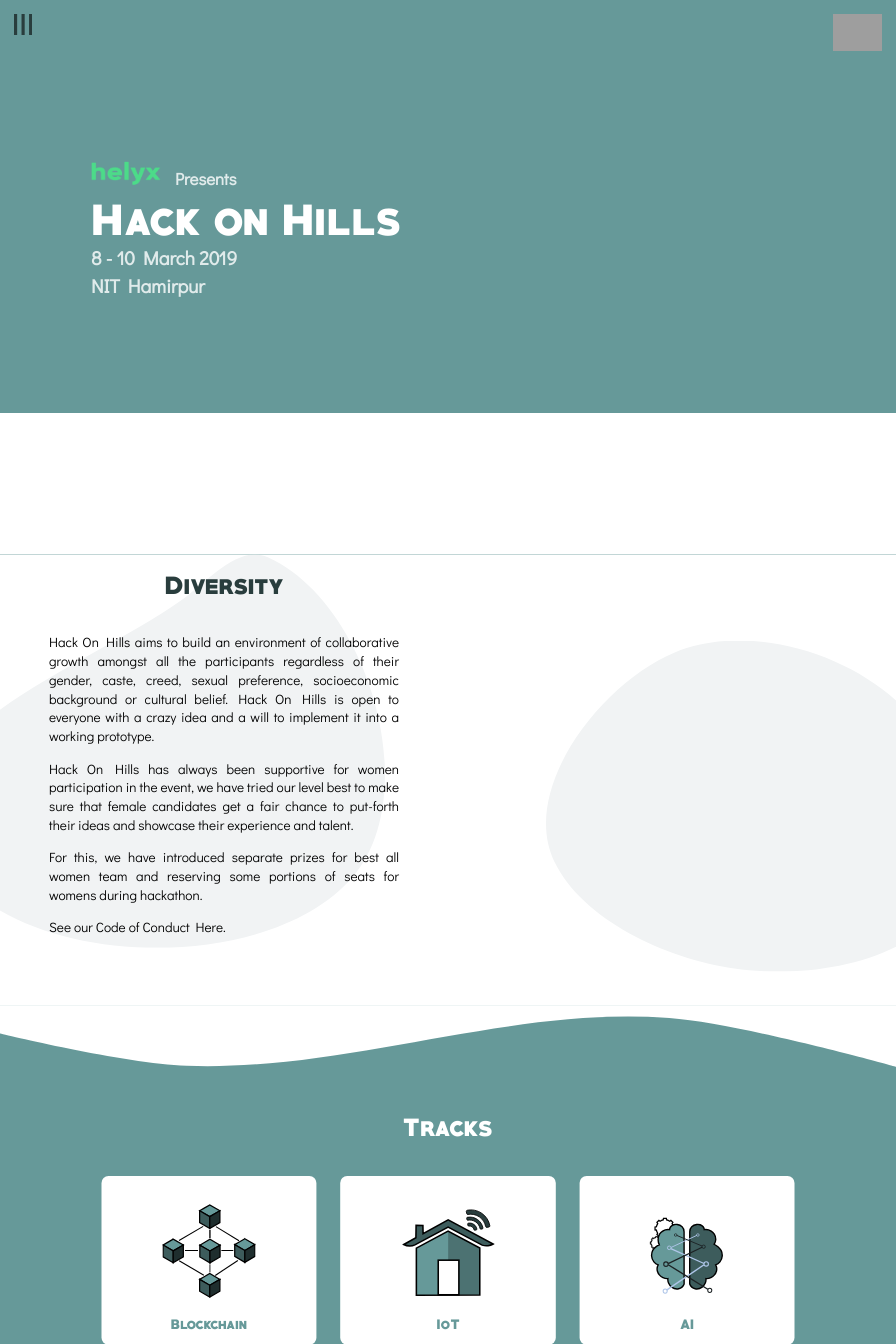
Repository: yashg4509/helyxhacksIII
Page: index.html
These files come from the project's save history. The page is drawn as it stood at one moment and after the next save; the edit follows.
The browser window is 1280 px wide. The pictures show the part of the page from y = 0 to 1920 px (the page is 8956 px tall before and 9694 px after), at 70% of full size.
Pictures or frames that could not be fetched are drawn as grey boxes. A picture or video elsewhere on the page could not be fetched, so the positions and the page height are approximate.

Above is the page before, as saved 2021-02-17 22:12:11.

### index.html
<!DOCTYPE html>
<html>
<head>
	<title> Helyx Hacks III</title>
	<meta http-equiv="Content-Type" content="text/html; charset=UTF-8">
	<meta name="viewport" content ="width=device-width, initial-scale=1.0, user-scalable=no">
	<meta name="description" content="Helyx Hacks III - Third edition of annual hackathon organized by The Helyx Initiative">
	<meta name="author" content="Yash Gupta <yash@helyxscience.org>">
	<link rel="shortcut icon" href="./images/new_logo.png" type="image/x-icon" />
	<link rel="stylesheet" type="text/css" href="./css/main.css">
	<link rel="stylesheet" type="text/css" href="./css/responsive.css">
	<link href="https://fonts.googleapis.com/css?family=Didact+Gothic" rel="stylesheet">
	<script src="https://code.jquery.com/jquery-3.3.1.js" integrity="sha256-2Kok7MbOyxpgUVvAk/HJ2jigOSYS2auK4Pfzbm7uH60=" crossorigin="anonymous"></script>
	<!-- <script>
		document.addEventListener('DOMContentLoaded', function () {
			let devfolioOptions = {
					buttonSelector: '#devfolio-apply-now',
					key: 'hackonhills',
			}

			let script = document.createElement('script');
			script.src = "https://apply.devfolio.co";
			document.head.append(script);

			script.onload = function () {
					new Devfolio(devfolioOptions);
					let e1 = document.createElement('div');
					e1.className = "button-back";
					document.getElementById("devfolio-apply-now").appendChild(e1);
			}

			script.onerror = function () {
					document.querySelector(devfolioOptions.buttonSelector).addEventListener('click', function () {
						window.location.href = 'https://devfolio.co/external-apply/' + devfolioOptions.key;
					});
			}
		});
	</script> -->
</head>
<body>
	<div class="header">
		<div class="blurred"></div>
		<ul class="nav">
			<li class="head">
				<span class="closeHeader">
					<img src="./images/cross.svg">
				</span>
			</li>
			<li class="navItem active"> Home </li>
			<li class="navItem"> Diversity </li>
			<!-- <li class="navItem"> Gallery </li> -->
			<li class="navItem"> Tracks </li>
			<li class="navItem"> Schedule </li>
			<li class="navItem"> Sponsors </li>
			<li class="navItem"> Prizes </li>
			<li class="navItem"> FAQs </li>
		</ul>
	</div>
	<div class="fullOverlay"></div>
	<div class="content">
		<div class="hamburger">
			<img src="./images/menu.svg">
		</div>
		<div class="appteam-logo">
			<!--<img src="./images/logo.svg" title="App Team NITH">-->
		</div>
		<div class="frame frame1">
			<img src="./images/back-1.svg" class="img-back">
			<div class="frame1-right">
				<img src="./images/frame1-icon.svg">
			</div>
			<div class="frame1-left">
				<div class="content">
					<div class="sponsor-name"> <img src="./images/Helyx_Logo.png" class="github-home-icon"> Presents </div>
					<div class="name"> Hack on Hills</div><br>
					<div class="date"> 8 - 10 March 2019 </div><br>
					<div class="date"> NIT Hamirpur </div>
					<!-- <div class="devfolio">
						<button id="devfolio-apply-now"> Apply With Devfolio </button>
					</div> -->
				</div>
			</div>
			<div class="app-team-icon">
				<img src="./images/appteam.png">
			</div>
		</div>
		<div class="frame frame2">
			<img class="img-back-left" src="./images/back-2.svg">
			<img class="img-back" src="./images/back-3.svg">
			<div class="frame2-left">
				<img src="./images/frame1-right.svg">
			</div>
			<div class="frame2-right">
				<div class="name"> Diversity </div>
				<div class="content">
					<p>
						Hack On Hills aims to build an environment of collaborative growth amongst all the participants regardless of their gender, caste, creed, sexual preference, socioeconomic background or cultural belief. Hack On Hills is open to everyone with a crazy idea and a will to implement it into a working prototype.
					</p>
					<p>
						Hack On Hills has always been supportive for women participation in the event, we have tried our level best to make sure that female candidates get a fair chance to put-forth their ideas and showcase their experience and talent.
					</p>
					<p>
						For this, we have introduced separate prizes for best all women team and reserving some portions of seats for womens during hackathon.
					</p>
					<p>
						See our Code of Conduct <a href="https://hackcodeofconduct.org/847-hack_on_hills" target="__blank">Here</a>.
					</p>
				</div>
			</div>
		</div>
		<div class="frame frame3">
			<img src="./images/back-4.svg" class="img-back">
			<img src="./images/back-5.svg" class="img-back-bottom">
			<div class="frame5-content">
				<div class="name"> Tracks </div>
				<div class="track-icons">
					<div class="a-track">
						<div class="colorless">
							<img src="./images/Tracks/blockchain.svg">
						</div>
						<div class="colorful">
							<img src="./images/Tracks/blockchain-color.svg">
						</div>
						<div class="track-name">
							Blockchain
						</div>
					</div>
					<div class="a-track">
						<div class="colorless">
							<img src="./images/Tracks/iot.svg">
						</div>
						<div class="colorful">
							<img src="./images/Tracks/iot-color.svg">
						</div>
						<div class="track-name">
							IoT
						</div>
					</div>
					<div class="a-track">
						<div class="colorless">
							<img src="./images/Tracks/ai.svg">
						</div>
						<div class="colorful">
							<img src="./images/Tracks/ai-color.svg">
						</div>

						<div class="track-name">
							AI
						</div>
					</div>
					<div class="a-track">
						<div class="colorless">
							<img src="./images/Tracks/webapp.svg">
						</div>
						<div class="colorful">
							<img src="./images/Tracks/webapp-color.svg">
						</div>
						<div class="track-name">
							Web&nbsp;/&nbsp;App
						</div>
					</div>
					<div class="a-track">
						<div class="colorless">
							<img src="./images/Tracks/vr.svg">
						</div>
						<div class="colorful">
							<img src="./images/Tracks/vr-color.svg">
						</div>
						<div class="track-name">
							AR&nbsp;/&nbsp;VR
						</div>
					</div>
					<div class="a-track">
						<div class="colorless">
							<img src="./images/Tracks/general.svg">
						</div>
						<div class="colorful">
							<img src="./images/Tracks/general-color.svg">
						</div>
						<div class="track-name">
							General
						</div>
					</div>
				</div>
			</div>
		</div>
		<div class="frame frame4">
			<img class="img-back-left" src="./images/back-3.svg">
			<img class="img-back" src="./images/back-2.svg">
			<div class="frame4-left">
				<img src="./images/frame2-right.svg">
			</div>
			<div class="frame4-right">
				<div class="name"> Timeline </div>
				<div class="timeline">
					<div class="schedule schedule-1">
						<div class="dot"></div>
						<div class="schedule-content">
							<div class="schedule-date"> 8th March 2019 </div>
							<div class="schedule-title"> Opening Ceremony and Pre Hackathon meet </div>
							<div class="schedule-text"> <span class="schedule-time"> 4:00 PM - </span> Inauguration </div>
							<div class="schedule-text"> <span class="schedule-time"> 4:25 PM - 4:30 PM - </span> Schedule + Rules of Events </div>
							<div class="schedule-text"> <span class="schedule-time"> 4:30 PM - 5:00 PM - </span> Github Keynote </div>
							<div class="schedule-text"> <span class="schedule-time"> 5:00 PM - 5:30 PM - </span> Mozilla AR/VA Talk </div>
							<div class="schedule-text"> <span class="schedule-time"> 5:30 PM - 6:00 PM - </span> Coding Blocks ML Talk </div>
							<div class="schedule-text"> <span class="schedule-time"> 6:00 PM - 7:00 PM - </span> Doubts and Team formation discussions </div>
						</div>
					</div>
					<div class="schedule schedule-2">
						<div class="dot"></div>
						<div class="schedule-content">
							<div class="schedule-date"> 9th March 2019 </div>
							<div class="schedule-title"> Hacking begins </div>
							<div class="schedule-text"> <span class="schedule-time"> 8:00 AM - </span> Commencement of Hackathon Day-1 </div>
							<div class="schedule-text"> <span class="schedule-time"> 11:00 AM - 12:00 PM - </span> Coding Blocks ML Workshop </div>
							<div class="schedule-text"> <span class="schedule-time"> 2:00 PM - 8:00 PM - </span> Evaluation Day-1 </div>
							<div class="schedule-text"> <span class="schedule-time"> 2:00 PM - 3:00 PM - </span> Github Workshop </div>
							<div class="schedule-text"> <span class="schedule-time"> 3:00 PM - 3:30 PM - </span> Quicknode Workshop </div>
						</div>
					</div>
					<div class="schedule schedule-3">
						<div class="dot"></div>
						<div class="schedule-content">
							<div class="schedule-date"> 10th March 2019 </div>
							<div class="schedule-title"> Presentation and Judgement </div>
							<div class="schedule-text"> <span class="schedule-time"> 1:30 PM - 4:00 PM - </span> Evaluation Day-2 </div>
							<div class="schedule-text"> <span class="schedule-time"> 4:00 PM - </span> Code Submission Deadline on Devfolio </div>
							<div class="schedule-text"> <span class="schedule-time"> 4:00 PM - 5:00 PM - </span> Photoshoot </div>
							<div class="schedule-text"> <span class="schedule-time"> 5:00 PM - 5:30 PM - </span> Announcement of Teams for Presentation </div>
							<div class="schedule-text"> <span class="schedule-time"> 5:30 PM - 7:30 PM - </span> Presentations of Selected Teams </div>
							<div class="schedule-text"> <span class="schedule-time"> 7:30 PM - 7:45 PM - </span> Felicitation </div>
							<div class="schedule-text"> <span class="schedule-time"> 7:45 PM - 8:00 PM - </span> Prize Distribution </div>
							<div class="schedule-text"> <span class="schedule-time"> 8:00 PM - 8:15 PM - </span> Vote of Thanks </div>
						</div>
					</div>
				</div>
			</div>
		</div>
		<div class="frame frame5">
			<img src="./images/back-4.svg" class="img-back">
			<img src="./images/back-5.svg" class="img-back-bottom">
			<div class="frame5-content">
				<div class="name"> Sponsors </div>
				<div class="sponsor-icons">
					<div class="sponsor-icon main-sponsor">
						<a href="http://github.com/" target="__blank"><img src="./images/Sponsors/GitHub_Logo.png"></a>
					</div>
					<div class="sponsor-icon">
						<a href="https://ebizontek.com/" target="__blank"><img src="./images/Sponsors/EbizON-LOGO.png"></a>
					</div>
					<div class="sponsor-icon dev-icon">
						<a href="https://devfolio.co/" target="__blank"><img src="./images/Sponsors/devfolio.png"></a>
					</div>
					<div class="sponsor-icon">
						<a href="https://simbachain.com/" target="__blank"><img src="./images/Sponsors/SIMBA_logo-h.png"></a>
					</div>
					<div class="sponsor-icon square-icon">
						<a href="https://quiknode.io/" target="__blank"><img src="./images/Sponsors/QuikNode.png"></a>
					</div>
					<div class="sponsor-icon">
						<a href="https://matic.network/" target="__blank"><img src="./images/Sponsors/Matic_Logo.png"></a>
					</div>
					<div class="sponsor-icon dev-icon">
						<a href="https://metabrainz.org/" target="__blank"><img src="./images/Sponsors/meta.png"></a>
					</div>
					<div class="sponsor-icon">
						<a href="https://about.gitlab.com/" target="__blank"><img src="./images/Sponsors/gitlab.png"></a>
					</div>
					<div class="sponsor-icon square-icon">
						<a href="https://himachal.nic.in/en-IN/" target="__blank"><img src="./images/Sponsors/himachal govt logo.png"></a>
					</div>
					<div class="sponsor-icon dev-icon">
						<a href="https://codingblocks.com/" target="__blank"><img src="./images/Sponsors/Logo_DarkGrey_ NoShadow.png"></a>
					</div>
					<div class="sponsor-icon square-icon">
						<a href="https://zulipchat.com/" target="__blank"><img src="./images/Sponsors/zulip-logo.png"></a>
					</div>
					<div class="sponsor-icon">
						<a href="https://hasura.io/" target="__blank"><img src="./images/Sponsors/hasura_logo_horizontal_black.png"></a>
					</div>
					<div class="sponsor-icon">
						<a href="https://www.roposo.com/" target="__blank"><img src="./images/Sponsors/roposo.png"></a>
					</div>

					<div class="sponsor-icon">
						<a href="https://socialcops.com/" target="__blank"><img src="./images/Sponsors/socialcops.png"></a>
					</div>
					<div class="sponsor-icon dev-icon">
						<a href="https://www.stickermule.com/" target="__blank"><img src="./images/Sponsors/sticker-mule-logo-dark.png"></a>
					</div>
					<div class="sponsor-icon dev-icon">
						<a href="https://www.stickwidit.com/" target="__blank"><img src="./images/Sponsors/stickwidit.png"></a>
					</div>
					<div class="sponsor-icon square-icon">
						<a href="https://duassassins.in/" target="__blank"><img src="./images/Sponsors/Team Du Assassins!  20180619_140523.jpg"></a>
					</div>
					<div class="sponsor-icon dev-icon">
						<a href="https://www.hellointern.com/" target="__blank"><img src="./images/Sponsors/HI-Logo-PNG.png"></a>
					</div>
					<div class="sponsor-icon dev-icon">
						<a href="http://ohcampus.com/v2/" target="__blank"><img src="./images/Sponsors/OhCampus New Logo.png"></a>
					</div>
					<div class="sponsor-icon middle-icon">
						<a href="https://www.producthunt.com/" target="__blank"><img src="./images/Sponsors/product-hunt.png"></a>
					</div>
					<div class="sponsor-icon square-icon">
						<a href="https://www.jetbrains.com/" target="__blank"><img src="./images/Sponsors/JetBrains-Logo.svg"></a>
					</div>
					<div class="sponsor-icon">
						<a href="https://www.sketchapp.com/" target="__blank"><img src="./images/Sponsors/sketch-logo-light-transparent@2x.png"></a>
					</div>
					<div class="sponsor-icon square-icon">
						<a href="https://www.creative-tim.com/" target="__blank"><img src="./images/Sponsors/Creative-tim.png"></a>
					</div>
					<div class="sponsor-icon">
						<a href="https://www.bugsee.com/" target="__blank"><img src="./images/Sponsors/bugsee.png"></a>
					</div>
				</div>
				<div class="frame5-text">
					Interested in making 'Hack on Hills' a huge success.<br>
					Come join us by sponsoring us. Check the &nbsp;<a href="./pdf/sponsorship-brochure.pdf" target="__blank">Sponsorship Brochure</a>&nbsp; for more details.
				</div>
			</div>
		</div>
		<div class="frame frame6">
			<img src="./images/back-6.svg" class="img-back-left">
			<img src="./images/back-7.svg" class="img-back-right">
			<div class="name"> Prizes </div>
			<div class="prizes">
				<div class="prizes-cont">
					<div class="prize">
						<div class="prize-img">
							<img src="./images/new_logo.png">
						</div>
						<div class="prize-text">
							First Prize : ₹ 15000 Cash
						</div>
					</div>
					<div class="prize">
						<div class="prize-img">
							<img src="./images/new_logo.png">
						</div>
						<div class="prize-text">
							Second Prize : ₹ 10000 Cash
						</div>
					</div>
					<div class="prize">
						<div class="prize-img">
							<img src="./images/new_logo.png">
						</div>
						<div class="prize-text">
							Third Prize : ₹ 5000 Cash
						</div>
					</div>
					<div class="prize">
						<div class="prize-img">
							<img src="./images/new_logo.png">
						</div>
						<div class="prize-text">
							Most Innovative : ₹ 5000 Cash
						</div>
					</div>
					<div class="prize">
						<div class="prize-img">
							<img src="./images/new_logo.png">
						</div>
						<div class="prize-text">
							Diversity Prize : ₹ 5000 Cash
						</div>
					</div>
					<div class="prize">
						<div class="prize-img">
							<img src="./images/new_logo.png">
						</div>
						<div class="prize-text">
							Best social media post tagging Hack on Hills - Special Schwags
						</div>
					</div>
					<div class="prize">
						<div class="prize-img">
							<img class="img-square" src="./images/Sponsors/zulip-logo.png">
						</div>
						<div class="prize-text">
							Best App using Zulip API - 100$
						</div>
					</div>
					<div class="prize">
						<div class="prize-img">
							<img src="./images/Sponsors/hasura_logo_horizontal_black.png">
						</div>
						<div class="prize-text">
							Best App using GraphQL - ₹ 5000 Flipkart Voucher
						</div>
					</div>
					<div class="prize">
						<div class="prize-img">
							<img src="./images/Sponsors/Matic_Logo.png">
						</div>
						<div class="prize-text">
							Best Ethereum App - ₹ 5000 Cash
						</div>
					</div>
					<div class="prize">
						<div class="prize-img">
							<img src="./images/Sponsors/devfolio.png">
						</div>
						<div class="prize-text">
							Participants developing Ethereum applications - Devfolio T-shirt
						</div>
					</div>
					<div class="prize">
						<div class="prize-img">
							<img src="./images/Sponsors/devfolio.png">
						</div>
						<div class="prize-text">
							Top 3 teams - T-Shirts/Bags and Coupons
						</div>
					</div>
					<div class="prize">
						<div class="prize-img">
							<img src="./images/Sponsors/roposo.png">
						</div>
						<div class="prize-text">
							Top 10 teams - Placement Opportunities
						</div>
					</div>
					<div class="prize">
						<div class="prize-img">
							<img src="./images/Sponsors/socialcops.png">
						</div>
						<div class="prize-text">
							Top 5 teams - Placement Opportunities
						</div>
					</div>
					<div class="prize">
						<div class="prize-img">
							<img src="./images/Sponsors/bugsee.png">
						</div>
						<div class="prize-text">
							Top 3 teams - $1000 Bugsee Credit
						</div>
					</div>
					<div class="prize">
						<div class="prize-img">
							<img src="./images/Sponsors/sketch-logo-light-transparent@2x.png">
						</div>
						<div class="prize-text">
							Top 3 teams -Sketch License
						</div>
					</div>
					<div class="prize">
						<div class="prize-img">
							<img src="./images/Sponsors/sketch-logo-light-transparent@2x.png">
						</div>
						<div class="prize-text">
							3 Licenses to be raffled among Participants
						</div>
					</div>
					<div class="prize">
						<div class="prize-img">
							<img class="img-square" src="./images/Sponsors/Creative-tim.png">
						</div>
						<div class="prize-text">
							Top 3 Teams - Access to their premium products
						</div>
					</div>
				</div>
			</div>
		</div>
		<div class="frame frame7">
			<img src="./images/back-4.svg" class="img-back">
			<img src="./images/back-5.svg" class="img-back-bottom">
			<div class="frame7-content">
				<div class="name">
					FAQs
				</div>
				<div class="faq">
					<div class="question">
						Is this hackathon an online event or offline?
					</div>
					<div class="answer">
						Hack on hills is offline event and as a participant you need to be present at NIT Hamirpur campus one or two day before the event at least.
					</div>

				</div>
				<div class="faq">
					<div class="question">
						Do this hackathon has any participation fees for students?
					</div>
					<div class="answer">
						No. The hackathon is free of cost for any student from any college all over India.
					</div>
				</div>
				<div class="faq">
					<div class="question">
						What are all the restrictions on Team formations for the event?
					</div>
					<div class="answer">
						A team can have at most 4 members and minimum of 2 members.
					</div>
				</div>
				<div class="faq">
					<div class="question">
						What should I do if I do not have any team yet?
					</div>
					<div class="answer">
						Just fill out the application form and according to skills you have filled out, we will match you with the best team possible during Pre-Hackathon meeting.
					</div>
				</div>
				<div class="faq">
					<div class="question">
						What are the Perks and Benefits of Participating in this Hackathon?
					</div>
					<div class="answer">
						Hackathon Provide hands on experience with the experts from different field working on the Projects like Blockchain, AI, Machine Learning, etc. This will help to give a head start if any one want to make project on the field. Along with that the participant will be provided with cool swags, stickers and refreshments to keep them up.
					</div>
				</div>
				<div class="faq">
					<div class="question">
						What are the Accommodation Facility for the Participant from Outside the College?
					</div>
					<div class="answer">
						Participant will be provided with Accommodation and Food in the Guest House of the College during the Hackathon Period.
					</div>
				</div>
				<div class="faq">
					<div class="question">
						How to reach NIT Hamirpur for the event?
					</div>
					<div class="answer">
						The nearest airport is Dharamshala (Gaggal, district Kangra). You can easily find flights from Delhi airport to Gaggal airport. From Gaggal bus stand, you have to take bus or private taxi to Hamirpur. Otherwise, direct buses to Hamirpur is also available from Delhi ISBT, from Chandigarh and from other places.
					</div>
				</div>
				<div class="faq">
					<div class="question">
						I have a question related to hackathon which is not listed above. What should I do?
					</div>
					<div class="answer">
						Feel free to reach us out. Just drop us a mail at <a href="mailto:hackonhills@gmail.com">hackonhills@gmail.com</a><br>
						You can also contact one of our organizers: Nitin (+91-8619295061), Aditya (+91-7976223877), Jatin (+91-7018352269)
					</div>
				</div>
			</div>
		</div>
		<div class="frame frame8">
			<div class="footer-icons">
				<a href="https://github.com/appteam-nith/HackOnHills" target="__blank"><img src="./images/github-color.svg"></a>
				<a href="https://www.facebook.com/hackonhills/" target="__blank"><img src="./images/fb-color.svg"></a>
				<a href="https://www.instagram.com/hackonhills/" target="__blank"><img src="./images/insta-color.svg"></a>
				<a href="https://twitter.com/hackonhills" target="__blank"><img src="./images/twitter-color.svg"></a>
				<a href="https://www.linkedin.com/company/hack-on-hills/" target="__blank"><img src="./images/linkedin-color.svg"></a>
				<a href="mailto:hackonhills@gmail.com"><img src="./images/email-color.svg"></a>
			</div>
			<div class="footer-text">
				<a href="https://hackcodeofconduct.org/847-hack_on_hills" target="__blank"> Code of Conduct </a>
			</div>
			<div class="footer-text">
				&copy; 2019 Team Hack on Hills
			</div>
			Made with &nbsp;&nbsp;<span class="heart">❤️</span>
		</div>
	</div>
	<script type="text/javascript" src="./js/menu.js"></script>
</body>
</html>

Loaded but not shown: images/frame1-right.svg (7954 lines, source omitted); images/frame2-right.svg (4425 lines, source omitted); js/menu.js (87 lines, source omitted); css/main.css (901 lines, source omitted); css/responsive.css (263 lines, source omitted)

After the next save:
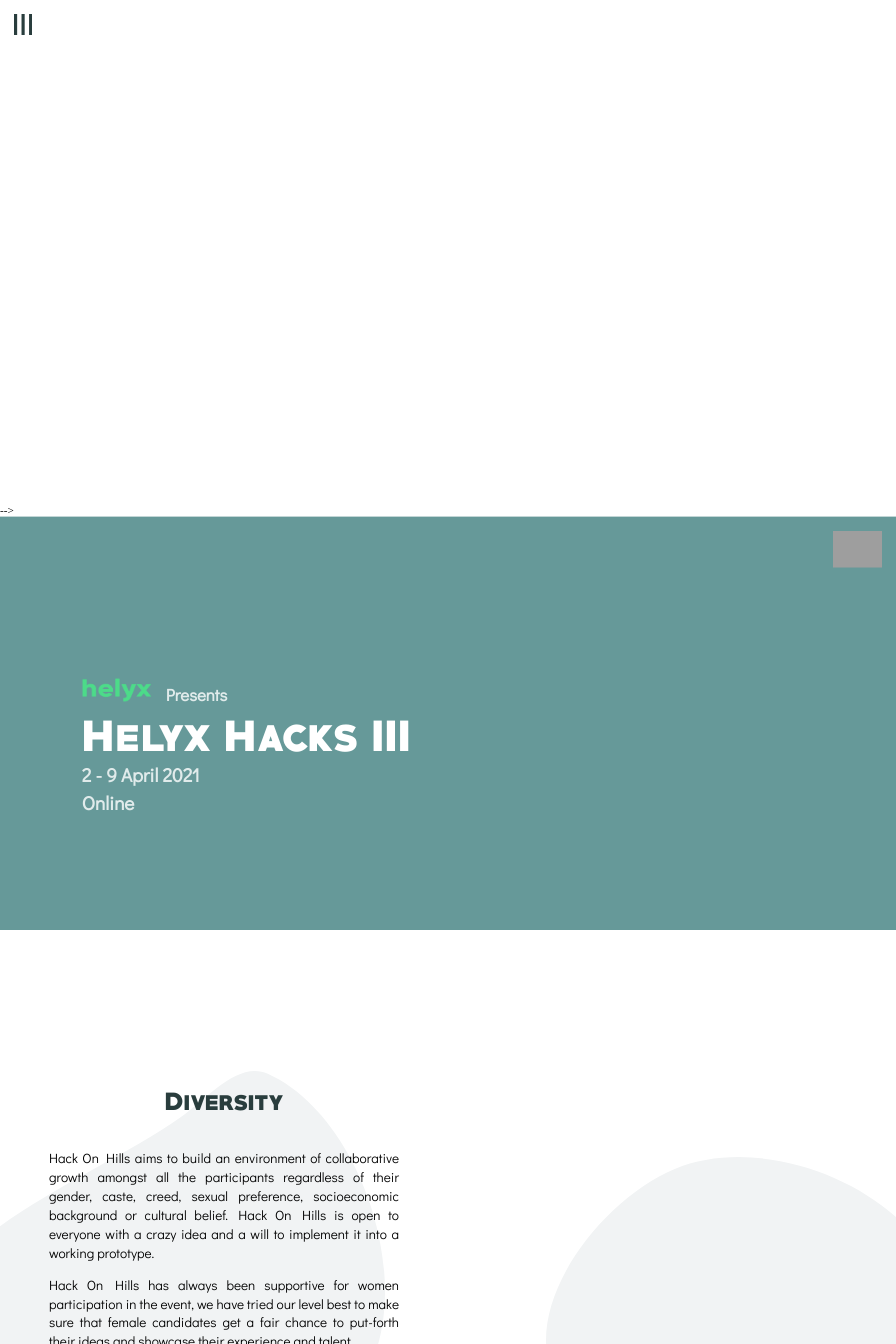
Saved 4 min 31 s later.
--- a/index.html
+++ b/index.html
@@ -61,9 +61,9 @@
 		<div class="hamburger">
 			<img src="./images/menu.svg">
 		</div>
-		<div class="appteam-logo">
+		<!-- <div class="appteam-logo">
 			<!--<img src="./images/logo.svg" title="App Team NITH">-->
-		</div>
+		</div> -->
 		<div class="frame frame1">
 			<img src="./images/back-1.svg" class="img-back">
 			<div class="frame1-right">
@@ -72,9 +72,9 @@
 			<div class="frame1-left">
 				<div class="content">
 					<div class="sponsor-name"> <img src="./images/Helyx_Logo.png" class="github-home-icon"> Presents </div>
-					<div class="name"> Hack on Hills</div><br>
-					<div class="date"> 8 - 10 March 2019 </div><br>
-					<div class="date"> NIT Hamirpur </div>
+					<div class="name"> Helyx Hacks III</div><br>
+					<div class="date"> 2 - 9 April 2021 </div><br>
+					<div class="date"> Online </div>
 					<!-- <div class="devfolio">
 						<button id="devfolio-apply-now"> Apply With Devfolio </button>
 					</div> -->
